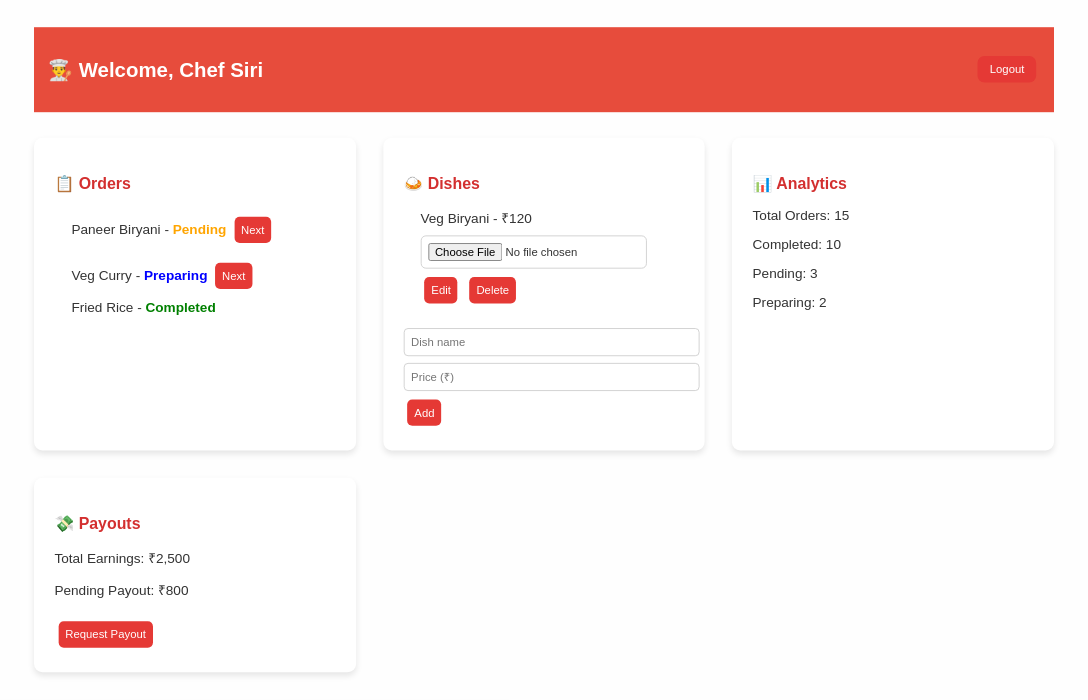
Repository: 1Siri7/chef
Page: dashboard.html
An editor plug-in stored every save of this project. The page is shown before and after a run of saves, followed by the edit.
The browser window is 1280 px wide. The pictures show the whole page, at 85% of full size.

Above is the page before, as saved 2025-07-27 19:48:30.

After the next 2 saves:
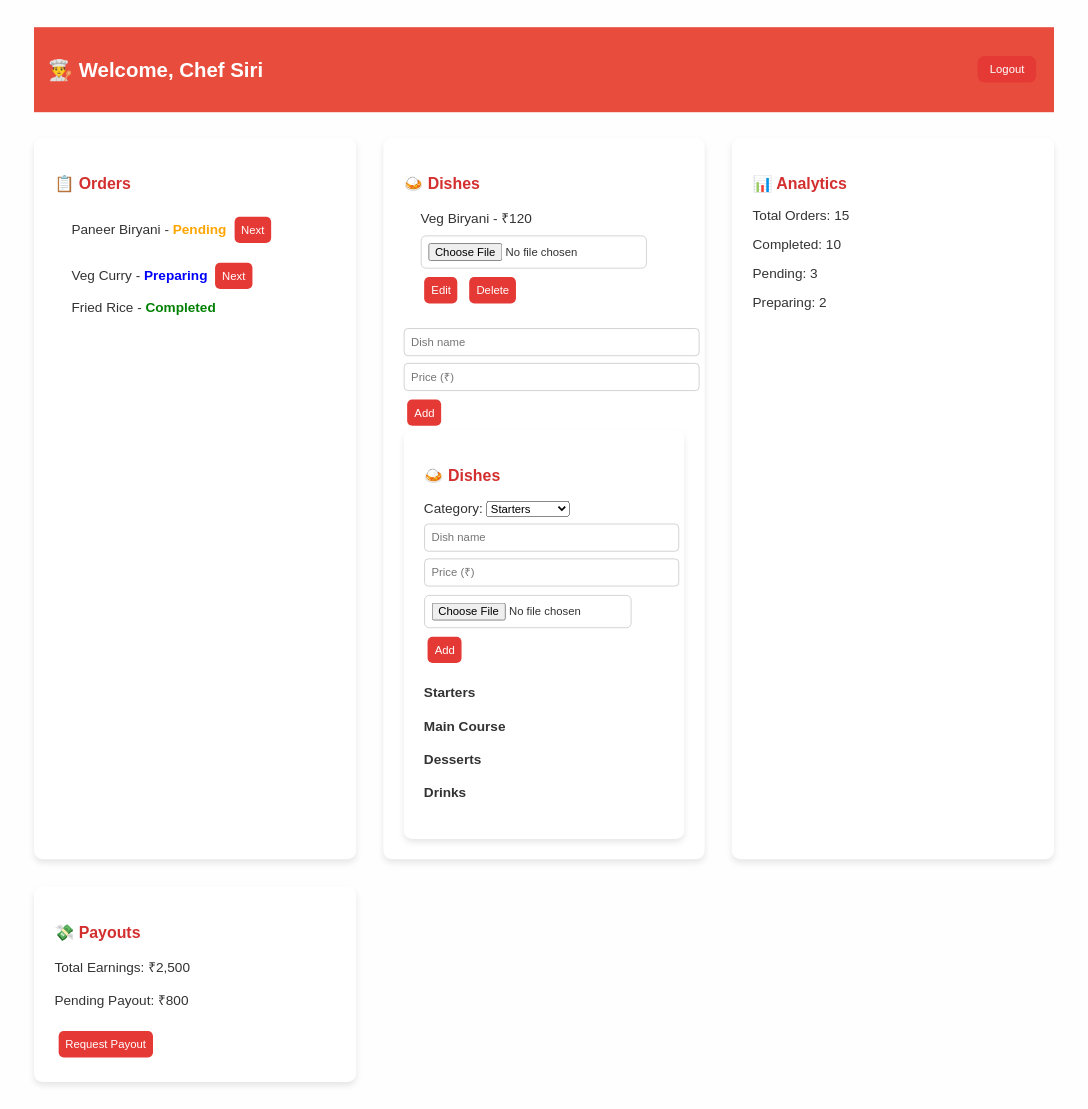
The 2 saves are shown as one change because they came seconds apart.
The last was saved 46 h 25 min later.
--- a/dashboard.html
+++ b/dashboard.html
@@ -53,6 +53,38 @@
         <input type="text" id="newDish" placeholder="Dish name" />
         <input type="number" id="dishPrice" placeholder="Price (₹)" />
         <button onclick="addDish()">Add</button>
+        <!-- Dishes Section -->
+<div class="card">
+  <h3>🍛 Dishes</h3>
+
+  <label for="category">Category:</label>
+  <select id="dishCategory">
+    <option value="starters">Starters</option>
+    <option value="main-course">Main Course</option>
+    <option value="desserts">Desserts</option>
+    <option value="drinks">Drinks</option>
+  </select>
+
+  <input type="text" id="newDish" placeholder="Dish name" />
+  <input type="number" id="dishPrice" placeholder="Price (₹)" />
+  <input type="file" id="dishImage" accept="image/*" capture="environment" />
+
+  <button onclick="addDish()">Add</button>
+
+  <!-- Category Containers -->
+  <h4>Starters</h4>
+  <ul id="startersList"></ul>
+
+  <h4>Main Course</h4>
+  <ul id="main-courseList"></ul>
+
+  <h4>Desserts</h4>
+  <ul id="dessertsList"></ul>
+
+  <h4>Drinks</h4>
+  <ul id="drinksList"></ul>
+</div>
+
       </div>
 
       <!-- Analytics Section -->
